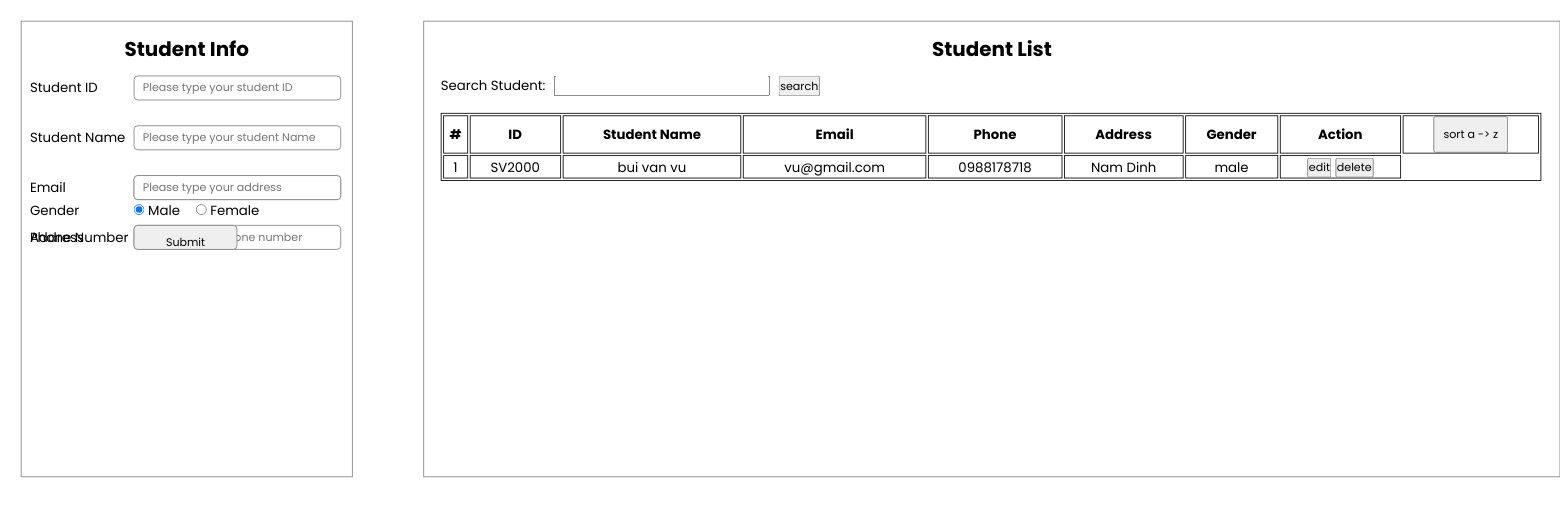
Repository: sSoRaK/ex-session15-dom-event
Page: ex-dom-event/student-management.html
These files come from the project's save history. The page is drawn as it stood at one moment and after the next save; the edit follows.
The browser window is 1280 px wide. The page is 1880 px wide, so the pictures cover 1880 px, including what lies to the right of the window. The pictures show the whole page, at 83% of full size.

Above is the page before, as saved 2023-06-24 20:24:42.

### ex-dom-event/student-management.html
<!DOCTYPE html>
<html lang="en">
  <head>
    <meta charset="UTF-8" />
    <meta name="viewport" content="width=device-width, initial-scale=1.0" />
    <title>Student Management</title>
    <link rel="preconnect" href="https://fonts.googleapis.com" />
    <link rel="preconnect" href="https://fonts.gstatic.com" crossorigin />
    <link
      href="https://fonts.googleapis.com/css2?family=Poppins:ital,wght@0,100;0,200;0,300;0,400;0,500;0,600;0,700;0,800;0,900;1,100;1,200;1,300;1,400;1,500;1,600;1,700;1,800;1,900&display=swap"
      rel="stylesheet"
    />
    <link rel="stylesheet" href="./style/style.css" />
  </head>
  <body>
    <div class="left-side">
      <h2>Student Info</h2>
      <form action="#" class="form-student">
        <label for="student-id" id="label-id">Student ID</label>
        <input
          type="text"
          name="student-name"
          id="student-id"
          placeholder="Please type your student ID"
        />
        <div class="error error-row1"></div>
        <label for="student-name" id="label-name">Student Name</label>
        <input
          type="text"
          name="student-name"
          id="student-name"
          placeholder="Please type your student Name"
        />
        <div class="error error-row2"></div>
        <label for="student-email" id="label-email">Email</label>
        <input
          type="email"
          name="student-email"
          id="student-email"
          placeholder="Please type your email"
        />
        <div class="error error-row3"></div>
        <label for="student-phone_number" id="label-phone_number"
          >Phone Number</label
        >
        <input
          type="number"
          name="student-phone_number"
          id="student-phone_number"
          placeholder="Please type a phone number"
        />
        <div class="error error-row4"></div>
        <label for="student-address" id="label-address">Address</label>
        <input
          type="text"
          name="student-address"
          id="student-address"
          placeholder="Please type your address"
        />
        <div class="error error-row5"></div>
        <span class="gender">Gender</span>
        <div class="gender-wrapper">
          <input type="radio" name="gender" id="male" checked />
          <label for="male">Male</label>
          <input type="radio" name="gender" id="female" />
          <label for="female">Female</label>
        </div>
        <input type="submit" value="Submit" class="btn-submit" />
      </form>
    </div>
    <div class="right-side">
      <h2>Student List</h2>
      <form action="#" class="searching-bar">
        <span>Search Student:</span>
        <input
          type="text"
          name="search-student_name"
          id="search-student_name"
        />
        <button class="btn-search">search</button>
      </form>
      <table class="table-student">
        <thead>
          <tr>
            <th>#</th>
            <th>ID</th>
            <th>Student Name</th>
            <th>Email</th>
            <th>Phone</th>
            <th>Address</th>
            <th>Gender</th>
            <th>Action</th>
            <th>
              <button class="btn-sort">sort a -> z</button>
            </th>
          </tr>
        </thead>
        <tbody id="student-info"></tbody>
      </table>
    </div>
    <script src="./app/app.js"></script>
  </body>
</html>

### ex-dom-event/style/style.css
* {
  padding: 0;
  margin: 0;
  box-sizing: border-box;
  font-family: "Poppins", sans-serif;
}
body {
  display: grid;
  grid-template-columns: repeat(4, 400px);
  grid-template-rows: repeat(1, 550px);
  gap: 85px;
  margin: 25px;
}
/* left side student info */
.left-side {
  border: 1px solid gray;
  grid-column: 1/2;
}
.left-side h2,
.right-side h2 {
  text-align: center;
  margin: 15px 0;
}
.form-student {
  margin: 0 10px;
  display: grid;
  grid-template-columns: repeat(3, 125px);
  grid-template-rows: repeat(13, 30px);
  /* row-gap: 30px; */
}
.form-student input {
  border: 0.5px solid gray;
  border-radius: 5px;
}
#label-id {
  grid-column: 1/2;
  grid-row: 1/2;
  line-height: 30px;
}
#student-id {
  grid-column: 2/4;
  grid-row: 1/2;
  padding-left: 10px;
}
.error-row1{
  grid-column: 2/4;
  grid-row: 2/3;
}
#label-name {
  grid-column: 1/2;
  grid-row: 3/4;
  line-height: 30px;
}
#student-name {
  grid-column: 2/4;
  grid-row: 3/4;
  padding-left: 10px;
}
.error-row2{
  grid-column: 2/4;
  grid-row: 4/5;
}
#label-email {
  grid-column: 1/2;
  grid-row: 5/6;
  line-height: 30px;
}
#student-email {
  grid-column: 2/4;
  grid-row: 5/6;
  padding-left: 10px;
}
.error-row3{
  grid-column: 2/4;
  grid-row: 6/7;
}
#label-phone_number {
  grid-column: 1/2;
  grid-row: 7/8;
  line-height: 30px;
}
input::-webkit-outer-spin-button,
input::-webkit-inner-spin-button {
  -webkit-appearance: none;
  margin: 0;
}
#student-phone_number {
  grid-column: 2/4;
  grid-row: 7/8;
  padding-left: 10px;
}
.error-row4{
  grid-column: 2/4;
  grid-row: 8/9;
}
#label-address {
  grid-column: 1/2;
  grid-row: 7/8;
  line-height: 30px;
}
#student-address {
  grid-column: 2/4;
  grid-row: 5/6;
  padding-left: 10px;
}
.gender {
  grid-column: 1/2;
  grid-row: 6/7;
}
.gender-wrapper {
  grid-column: 2/4;
  grid-row: 6/7;
}
.gender-wrapper label[for="male"] {
  margin-right: 15px;
}
.btn-submit {
  grid-column: 2/3;
  grid-row: 7/8;
  padding: 10px 0;
}

/* right side student list */
.right-side {
  border: 1px solid gray;
  grid-column: 2/5;
}
.right-side .searching-bar {
  margin-left: 20px;
  display: flex;
  gap: 10px;
}
.table-student,
th,
tr,
td {
  border: 1px solid;
  /* border-collapse: collapse; */
  margin: 20px;
  width: calc(100% - 42px);
}
.btn-sort {
  padding: 10px;
}

#student-info tr td {
  text-align: center;
}
.error {
  visibility: hidden;
}
.error-row1 {
  grid-row: 2;
}
.display-error {
  color: red;
  visibility: visible;
}
.btn-edit,
.btn-delete,
.btn-submit,
.btn-sort,
.btn-search {
  cursor: pointer;
}

### ex-dom-event/app/app.js
// tạo 1 mảng rỗng 2 chiều với phần tử là 1 mảng chứa các thông tin tương ứng của mỗi sinh viên
let studentList = [
  ["SV2000", "bui van vu", "vu@gmail.com", "0988178718", "Nam Dinh", "male"],
];
let action = "create";
// Lấy dữ liệu từ form -> table: Read
function renderData() {
  // truy cập đến tbody
  let tbody = document.getElementById("student-info");
  // đặt giá trị ban đầu tbody = "", để tránh dữ liệu cũ còn tồn tại
  tbody.innerHTML = "";
  for (let i = 0; i < studentList.length; i++) {
    // truyền vào tbody dưới dạng String Template
    tbody.innerHTML += `<tr>
                          <td>${i + 1}</td>
                          <td>${studentList[i][0]}</td>
                          <td>${studentList[i][1]}</td>
                          <td>${studentList[i][2]}</td>
                          <td>${studentList[i][3]}</td>
                          <td>${studentList[i][4]}</td>
                          <td>${studentList[i][5]}</td>
                          <td>
                              <button onclick="editData('${
                                studentList[i][0]
                              }')" class="btn-edit">edit</button>
                              <button onclick="deleteData('${
                                studentList[i][1]
                              }')" class="btn-delete">delete</button>
                          </td>
                    </tr>`;
  }
}
// Khi trình duyệt load thì sẽ load dữ liệu student và hiển thị trên table
document.onload = renderData();

// query element (create gol)
const studentId = document.querySelector("#student-id");
const studentName = document.querySelector("#student-name");
const studentEmail = document.querySelector("#student-email");
const studentPhoneNumber = document.querySelector("#student-phone_number");
const studentAddress = document.querySelector("#student-address");
const studentGender = document.querySelector("input[name='gender']:checked");

const errorElement = document.querySelectorAll(".error");

const btnSubmit = document.querySelector(".btn-submit");

// Validate: xác thực khi thêm create hoặc update
// function check validate each <input>
function validateForm() {
  // Lấy dữ liệu từ Form và Thực hiện validate từng input, nếu thỏa -> true, không thỏa -> báo lỗi (false)
  let idValidate = false;
  let nameValidate = false;
  let emailValidate = false;
  let phoneValidate = false;
  let addressValidate = false;
  let emailPattern = /^\w+([\.-]?\w+)*@\w+([\.-]?\w+)*(\.\w{2,3})+$/; // regex pattern: mẫu quy định
  let phonePattern = /(84|0[3|5|7|8|9])+([0-9]{8})\b/g;
  // check validate studentId
  if (studentId.value.length == 0) {
    errorElement[0].textContent = "* Please type your ID";
    errorElement[0].classList.add("display-error");
  } else if (studentId.value.length < 6 || studentId.value.length > 20) {
    errorElement[0].textContent = "* Your ID must be 6 - 20 characters";
    errorElement[0].classList.add("display-error");
  } else {
    errorElement[0].classList.remove("display-error");
    idValidate = true;
  }

  // check validate studentName
  if (studentName.value == "") {
    errorElement[1].textContent = "* Please type your name";
    errorElement[1].classList.add("display-error");
  } else {
    errorElement[1].classList.remove("display-error");
    nameValidate = true;
  }

  // check validate studentEmail
  if (studentEmail.value.length == "") {
    errorElement[2].textContent = "* Please type your email";
    errorElement[2].classList.add("display-error");
  } else if (!studentEmail.value.match(emailPattern)) {
    errorElement[2].textContent = "* You have entered email invalid";
    errorElement[2].classList.add("display-error");
  } else {
    errorElement[2].classList.remove("display-error");
    emailValidate = true;
  }

  // check validate studentPhoneNumber
  if (studentPhoneNumber.value.length == "") {
    errorElement[3].textContent = "* Please type your phone number";
    errorElement[3].classList.add("display-error");
  } else if (!studentPhoneNumber.value.match(phonePattern)) {
    errorElement[3].textContent = "* You have entered phone number invalid";
    errorElement[3].classList.add("display-error");
  } else {
    errorElement[3].classList.remove("display-error");
    phoneValidate = true;
  }

  // check validate studentAddress
  if (studentAddress.value.length == "") {
    errorElement[4].textContent = "* Please type your address";
    errorElement[4].classList.add("display-error");
  } else {
    errorElement[4].classList.remove("display-error");
    addressValidate = true;
  }

  // check validate each input as True or False
  if (
    idValidate &&
    nameValidate &&
    emailValidate &&
    phoneValidate &&
    addressValidate
  ) {
    return true;
  }
  return false;
}

// Lấy dữ liệu từ Form sau khi submit, tạo table và insert studentList
// create new student from FORM and take to value studentList, insert to table
function createData() {
  // tạo mảng gồm các thông tin của học sinh - create array have element as student info
  const newStudent = [
    studentId.value,
    studentName.value,
    studentEmail.value,
    studentPhoneNumber.value,
    studentAddress.value,
    studentGender.value,
  ];
  studentList.push(newStudent);
  renderData();
  resetForm(); // clear form after submit
}

// reset form after submit or update, create newStudent to table
function resetForm() {
  studentId.value = "";
  studentName.value = "";
  studentEmail.value = "";
  studentPhoneNumber.value = "";
  studentAddress.value = "";
  document.getElementById("male").checked = true;
}

// create event for btn-submit
// event : e
btnSubmit.addEventListener("click", (e) => {
  e.preventDefault(); // after click button submit, prevent "FORM" re-load
  const checkValidForm = validateForm();
  if (checkValidForm) {
    if (action == "create") {
      // push dữ liệu vào table
      createData();
    } else {
      // Thực hiện update sinh viên
      updateFormStudent();
    }
  }
});
// lấy thông tin học sinh thông qua studentID
// 1. Duyệt qua studentList để lấy studentID
function getStudentId(studentId) {
  for (let index = 0; index < studentList.length; index++) {
    if (studentId == studentList[index][0]) return index;
  }
  return -1;
}
// 2.
function editData(studentID) {
  // 1. lấy chỉ số sinh viên trong mảng
  let index = getStudentId(studentID);
  if (index >= 0) {
    // 2. fill thông tin sinh viên qua form
    studentId.value = studentList[index][0];
    studentName.value = studentList[index][1];
    studentEmail.value = studentList[index][2];
    studentPhoneNumber.value = studentList[index][3];
    studentAddress.value = studentList[index][4];
    if (studentList[index][5] == "male") {
      document.getElementById("male").checked = true;
    } else {
      document.getElementById("female").checked = true;
    }
    // sau khi edit, thay giá trị action
    action = "edit";
    studentId.readOnly = true;
    studentId.style.outline = "none";
    studentId.style.cursor = "unset";
    studentId.style.caretColor = "transparent";
  }
}
// Update
function updateFormStudent() {
  const studentUpdate = [
    studentId.value,
    studentName.value,
    studentEmail.value,
    studentPhoneNumber.value,
    studentAddress.value,
    studentGender.value,
  ];

  //find Index dua ma code cua sinh vien
  const indexStudent = getStudentId(studentId.value);

  studentList[indexStudent] = studentUpdate;
  renderData();
  action = "create";
  resetForm();
  studentId.readOnly = false;
  studentId.style.cursor = "text";
  studentId.style.caretColor = "black";
}

function deleteData(studentID) {
  let isCheckRemove = confirm("Bạn có muốn xóa hay không?");
  if (isCheckRemove) {
    const indexDeleteStudent = getStudentId(studentID);
    studentList.splice(indexDeleteStudent, 1);
    renderData();
  }
}

After the next save:
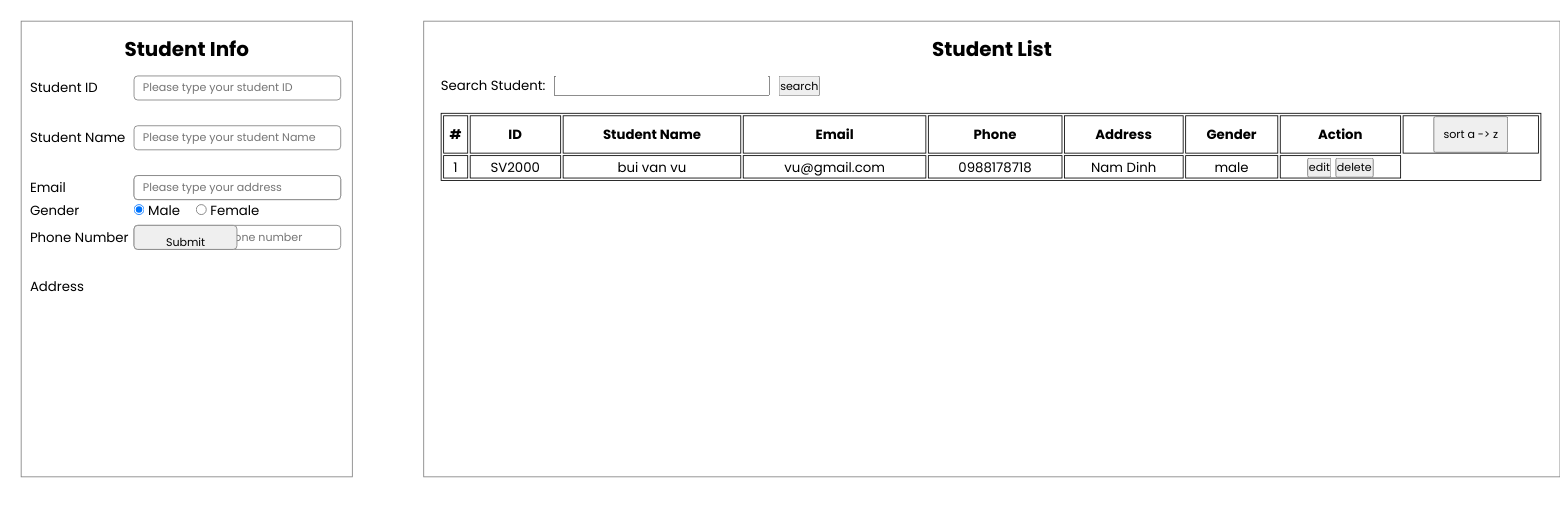
Saved 10 s later.
--- a/ex-dom-event/style/style.css
+++ b/ex-dom-event/style/style.css
@@ -95,7 +95,7 @@
 }
 #label-address {
   grid-column: 1/2;
-  grid-row: 7/8;
+  grid-row: 9/10;
   line-height: 30px;
 }
 #student-address {
